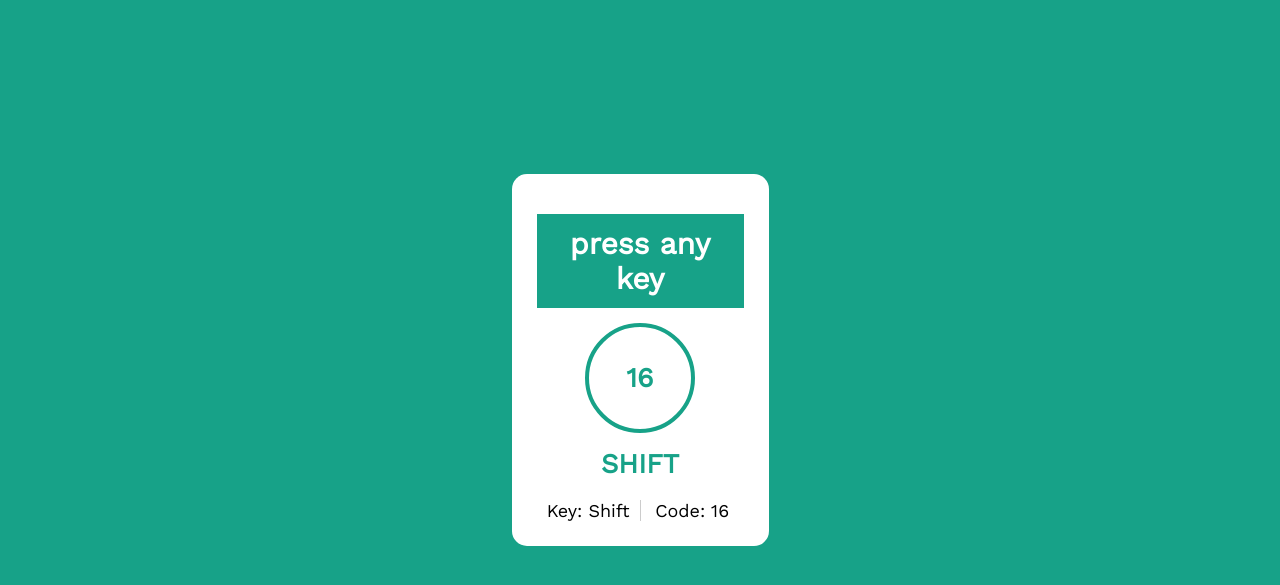
Repository: youssef168/Key-Detection
Page: index.htm
An editor plug-in stored every save of this project. The page is shown before and after a run of saves, followed by the edit.
The browser window is 1280 px wide. The pictures show the whole page.

Above is the page before, as saved 2021-12-17 13:23:06.

### index.htm
<!DOCTYPE html>
<html lang="en">
<head>
    <meta charset="UTF-8">
    <meta http-equiv="X-UA-Compatible" content="IE=edge">
    <meta name="viewport" content="width=device-width, initial-scale=1.0">
    <link rel="stylesheet" href="./style.css">
    <title>Key Detection</title>
</head>
<body>
    <div class="box">
        <p class="text">press any key</p>
        <div class="content">
            <div class="key-code">16</div>
            <div class="key-name">shift</div>
            <div class="details">
                <p class="key">Key: <span>Shift</span></p>
                <p class="code">Code: <span>16</span></p>
            </div>
        </div>
    </div>

    <script src="./script.js"></script>
</body>
</html>

### style.css
@import url("https://fonts.googleapis.com/css2?family=Work+Sans:ital,wght@0,300;0,400;1,400;1,500&display=swap");

* {
  font-family: "Work Sans", sans-serif;
  box-sizing: border-box;
  padding: 0;
  margin: 0;
}

ul li {
  list-style: none;
}

body {
    display: flex;
    justify-content: center;
    align-items: center;
    min-height: 100vh;
    margin: auto;
    background-color: #17A288;
}

.box {
    background: #fff;
    padding: 25px;
    width: 257px;
    border-radius: 15px;
}

.content, .key-code, .details {
    display: flex;
    align-items: center;
    justify-content: center;
}

.box .content {
    flex-direction: column;
}
.key-code {
    border: 4px solid #17A288;
    border-radius: 50%;
    width: 110px;
    height: 110px;
    font-size: 27px;
}

.text ,.key-code, .key-name {
    font-size: 27px;
    font-weight:bold;
    color: #17A288;
    margin-top: 15px;
}

.text {
    text-align: center;
    font-size: 30px;
    background-color: #17A288;
    color: #fff;
    padding: 12px;
    width: 100%;
}

.key-name {
    text-transform: uppercase;
}

.details {
    width: 100%;
    justify-content: space-between;
    margin-top: 20px;
}

.details p {
    font-size: 18px;
    width: 100%;
    text-align: center;
}

.details p:last-child {
    border-left: 1px solid #ccc;
}

Loaded but not shown: script.js (no stored copy; drawn as an empty file)

After the next 6 saves:
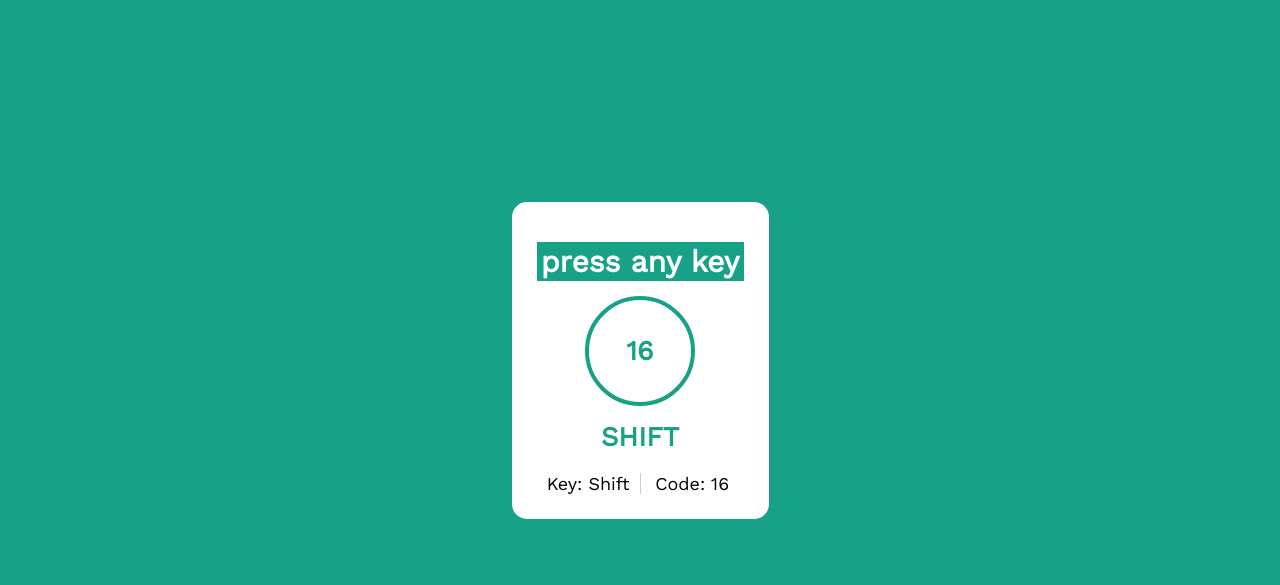
The 6 saves are shown as one change because they came seconds apart.
The last was saved 22 s later.
--- a/style.css
+++ b/style.css
@@ -56,8 +56,7 @@ body {
     font-size: 30px;
     background-color: #17A288;
     color: #fff;
-    padding: 12px;
-    width: 100%;
+    padding: 2px;
 }
 
 .key-name {
